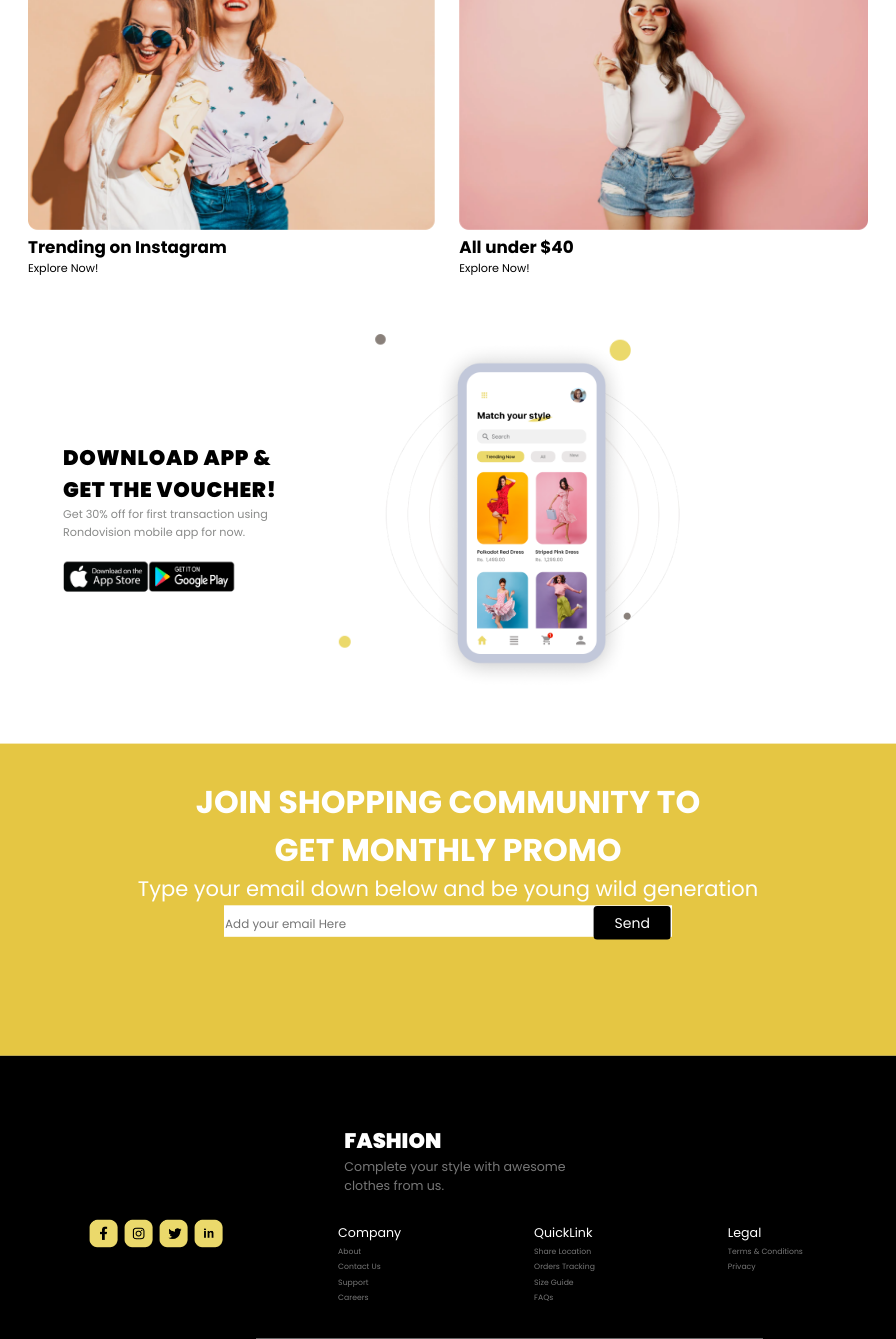
Repository: isaacCodes1/FashionWebsite
Page: index.html
These files come from the project's save history. The page is drawn as it stood at one moment and after a run of saves; the edit follows.
The browser window is 1280 px wide. The pictures show the part of the page from y = 2505 to 4425 px (the page is 4418 px tall before and 4425 px after), at 70% of full size.

Above is the page before, as saved 2024-03-14 10:46:02.

### index.html
<!DOCTYPE html>
<html lang="en">
  <head>
    <meta charset="UTF-8" />
    <meta name="viewport" content="width=device-width, initial-scale=1.0" />
    <title>Shopping Site Assignment</title>
    <link rel="stylesheet" href="style.css" />
  </head>
  <body>
    <header>
      <nav>
        <!--------- NavItems ------->
        <div class="image">
          <a href="#"><img src="/Assets/Vector (3).png" />FASHION</a>
        </div>
        <div class="navItems">
          <ul>
            <li><a href="#">CATALOGUE</a></li>
            <li><a href="#">FASHION</a></li>
            <li><a href="#">FAVORITE</a></li>
            <li><a href="#">LIFESTYLE</a></li>
          </ul>
          <button>SIGN UP</button>
        </div>
      </nav>
    </header>
    <main>
      <!------- FirstPage ------>
      <section class="firstPageCont">
        <div class="FirstPage">
          <div class="txtCont">
            <h1>
              <span class="spn1">LET'S <br /></span>EXPLORE <br />
              <span class="spn2">UNIQUE <br /></span>CLOTHES.
            </h1>
            <p>Live for Influential and Innovative fashion!</p>
            <div class="txtBtn">
              <img src="/Assets/Vector 9.png" alt="" />
              <button class="btns">Shop Now</button>
            </div>
          </div>
          <div class="imgCont">
            <div class="star1"><img src="/Assets/Star 11.png" alt="" /></div>
            <div class="star2"><img src="/Assets/Star 11.png" alt="" /></div>
            <div class="star3"><img src="/Assets/Star 11.png" alt="" /></div>
            <div class="star4"><img src="/Assets/Star 11.png" alt="" /></div>
            <img src="/Assets/girl.png" alt="" />
          </div>
        </div>
      </section>
      <!------ Logos ------->
      <section class="firstPageFooter">
        <div class="logoCont">
          <img src="/Assets/HM.png" alt="" />
          <img src="/Assets/Obey.png" alt="" />
          <img src="/Assets/Shopify.png" alt="" />
          <img src="/Assets/Lacoste.png" alt="" />
          <img src="/Assets/Levis.png" alt="" />
          <img src="/Assets/Amazon.png" alt="" />
        </div>
      </section>
      <section class="nextPageCont">
        <div class="nextPageText">
          <h1>NEW ARRIVALS</h1>
          <img src="/Assets/Vector 9.png" alt="" />
        </div>
        <div class="prettyImages">
          <div class="Images">
            <div class="prettyImg">
              <img src="/Assets/image1.png" alt="" />
            </div>
            <div class="prettyText">
              <div class="txtIcon">
                <h1>Hoodies & Sweatshirt</h1>
                <p>Explore Now!</p>
              </div>
              <div class="icons"></div>
            </div>
          </div>
          <div class="Images">
            <div class="prettyImg">
              <img src="/Assets/image2.png" alt="" />
            </div>
            <div class="prettyText">
              <div class="txtIcon">
                <h1>Coats & Parkas</h1>
                <p>Explore Now!</p>
              </div>
              <div class="icons"></div>
            </div>
          </div>
          <div class="Images">
            <div class="prettyImg">
              <img src="/Assets/image3.png" alt="" />
            </div>
            <div class="prettyText">
              <div class="txtIcon">
                <h1>Tees & T-Shirt</h1>
                <p>Explore Now!</p>
              </div>
              <div class="icons"></div>
            </div>
          </div>
        </div>
      </section>
      <section class="payDay">
        <div class="genDiv">
          <div class="yellowImg">
            <img src="/Assets/image 12.png" alt="" />
          </div>
          <div class="yellowTxt">
            <h1><span class="spn3">PAYDAY</span>SALE NOW</h1>
            <p>
              Spend minimal $100 get 30% off <br />voucher code for your next
              purchase
            </p>
            <p><strong>1 June -10 June 2021</strong></p>
            <p class="para">*Terms &Conditions apply</p>
            <button class="btn">SHOP NOW</button>
          </div>
        </div>
      </section>
      <!--------   Images   ------->
      <section class="nextPageCont">
        <div class="nextPageText">
          <h1>Young's Favorite.</h1>
          <img class="vector" src="/Assets/Vector 9.png" alt="" />
        </div>
        <div class="prettyImages">
          <div class="Images">
            <div class="prettyImg">
              <img src="/Assets/Girls.png" alt="" />
            </div>
            <div class="prettyText">
              <div class="txtIcon">
                <h1>Trending on Instagram</h1>
                <p>Explore Now!</p>
              </div>
              <div class="icons"></div>
            </div>
          </div>

          <div class="Images">
            <div class="prettyImg">
              <img src="/Assets/Rectangle 49.png" alt="" />
            </div>
            <div class="prettyText">
              <div class="txtIcon">
                <h1>All under $40</h1>
                <p>Explore Now!</p>
              </div>
              <div class="icons"></div>
            </div>
          </div>
        </div>
      </section>
      <!---- Apps----->
      <section class="nextPageCont2">
        <div class="nextPageText2">
          <h1>DOWNLOAD APP & <br />GET THE VOUCHER!</h1>
          <p>
            Get 30% off for first transaction using <br />Rondovision mobile app
            for now.
          </p>
          <div class="store">
            <img src="/Assets/Apple Store.png" alt="" />
            <img src="/Assets/Google Play.png" alt="" />
          </div>
        </div>
        <div class="Images2">
          <div class="prettyImg2">
            <img src="/Assets/Mobile app.png" alt="" />
            <div class="circle1"><img src="/Assets/circle.png" alt="" /></div>
            <div class="circley"><img src="/Assets/circle y.png" alt="" /></div>
            <div class="circleye">
              <img src="/Assets/circle y.png" alt="" />
            </div>
            <div class="circle2"><img src="/Assets/circle.png" alt="" /></div>
            <div class="bigC"><img src="/Assets/back1.png" alt="" /></div>
            <div class="largeC">
              <img src="/Assets/lagrescircle.png" alt="" />
            </div>
            <div class="largeC1">
              <img src="/Assets/lagrescircle.png" alt="" />
            </div>
          </div>
        </div>
        <div class="icons"></div>
      </section>
      <!------ Footer ------>
      <section class="footer">
        <div class="footerDiv">
          <div class="h1footer">
            <h1>
              JOIN SHOPPING COMMUNITY TO <br />
              GET MONTHLY PROMO
            </h1>
          </div>
          <div class="pFooter">
            <p>Type your email down below and be young wild generation</p>
            <div class="input">
              <input
                class="input"
                type="text"
                placeholder="Add your email Here"
              />
              <!-- <input class="inputbtn" type="button" value="SEND" /> -->
              <a href="#">Send</a>
            </div>
          </div>
        </div>
      </section>
      <section class="foot">
        <div class="footDiv">
          <div class="footTxt">
            <h1>FASHION</h1>
            <p>
              Complete your style with awesome <br />
              clothes from us.
            </p>
          </div>

          <div class="socialIcons">
            <div class="icon">
              <img src="/Assets/Facebook.png" alt="" />
            </div>
            <div class="icon">
              <img src="/Assets/Instagram.png" alt="" />
            </div>
            <div class="icon">
              <img src="/Assets/Twitter.png" alt="" />
            </div>
            <div class="icon">
              <img src="/Assets/Linkedn.png" alt="" />
            </div>
            <div class="links">
              <div class="links1">Company</div>
              <div class="links2">About</div>
              <div class="links2">Contact Us</div>
              <div class="links2">Support</div>
              <div class="links2">Careers</div>
            </div>
            <div class="links">
              <div class="links1">QuickLink</div>
              <div class="links2">Share Location</div>
              <div class="links2">Orders Tracking</div>
              <div class="links2">Size Guide</div>
              <div class="links2">FAQs</div>
            </div>
            <div class="links">
              <div class="links1">Legal</div>
              <div class="links2">Terms & Conditions</div>
              <div class="links2">Privacy</div>
            </div>
          </div>
        </div>
      </section>
    </main>
  </body>
</html>

### style.css
@import url("https://fonts.googleapis.com/css2?family=Poppins:ital,wght@0,100;0,200;0,300;0,400;0,500;0,600;0,700;0,800;0,900;1,100;1,200;1,300;1,400;1,500;1,600;1,700;1,800;1,900&display=swap");
* {
  margin: 0;
  padding: 0;
  box-sizing: border-box;
  font-family: "Poppins", sans-serif;
}
nav {
  display: flex;
  align-items: center;
  justify-content: space-between;
  width: 100%;
  padding: 20px 40px;
}
.image a {
  display: flex;
  align-items: center;
  gap: 6px;
  text-decoration: none;
  color: #000;
  font-size: 16px;
  font-weight: 900;
}
.image a img {
  width: 16%;
}
.navItems {
  display: flex;
  gap: 30px;
  align-items: center;
}
.navItems ul {
  display: flex;
  gap: 30px;
  list-style: none;
}
.navItems ul li a {
  text-decoration: none;
  color: #000;
  font-size: 16px;
  font-weight: 500;
}
.navItems ul li:hover {
  transform: scale(1.05);
  transition: 1s ease-in-out;
}
.navItems button {
  border: 0;
  background: #000;
  padding: 10px 20px;
  color: #fff;
  border-radius: 5px;
  font-size: 13px;
}
.navItems button:hover {
  transform: scale(1.05);
  transition: 1s ease-in-out;
  color: #000;
  background: rgb(137, 136, 136);
}
/* firstPageCtn */
.firstPageCont {
  padding: 20px 40px;
}
.FirstPage {
  display: flex;
  flex: 1;
  width: 100%;
  height: 90vh;
  padding: 40px 10px 0px 10px;
  border-radius: 30px;
  background: #f4f6f5;
}
.txtCont {
  display: flex;
  flex: 0.5;
  flex-direction: column;
  gap: 10px;
  padding-left: 40px;
}

.txtCont h1 {
  font-size: 64px;
  font-weight: 900;
  width: 50%;
  line-height: 75px;
}

.txtCont p {
  font-size: 20px;
}
.txtBtn {
  display: flex;
  align-items: center;
  width: 80%;
  margin-top: 10px;
  gap: 10px;
}
.btns {
  border: 0;
  background: #000;
  padding: 10px 20px;
  color: #fff;
  border-radius: 5px;
  font-size: 13px;
}
.btns:hover {
  transform: scale(1.05);
  transition: 1s ease-in-out;
  color: #000;
  background: rgb(137, 136, 136);
}
.txtBtn img {
  width: 100px;
}
.imgCont {
  flex: 0.5;
  display: flex;
  position: relative;
}
.star1 {
  position: absolute;
  top: 5px;
  left: 10px;
}
.star1 img {
  width: 30px;
}
.star2 {
  position: absolute;
  top: 20px;
  left: 450px;
}
.star2 img {
  width: 30px;
}
.star3 {
  position: absolute;
  bottom: 10px;
  left: 70px;
}
.star3 img {
  width: 30px;
}
.star4 {
  position: absolute;
  bottom: 20px;
  left: 400px;
}
.star4 img {
  width: 30px;
}
.spn1 {
  display: flex;
  align-items: center;
  background-image: url(/Assets/rectangle1.png);
  background-size: cover;
  background-repeat: no-repeat;
  width: 100%;
  padding-left: 20px;
}
.spn2 {
  background-image: url(/Assets/Rectangle2.png);
  background-size: cover;
  background-repeat: no-repeat;
  padding-right: 50px;
  padding-left: 20px;
}
/* next Page */
.firstPageFooter {
  background: #ebd96b;
  padding: 20px 30px;
  display: flex;
  align-items: center;
  justify-content: center;
}
.logoCont {
  display: flex;
  justify-content: center;
  gap: 50px;
}
.logoCont img {
  width: 7%;
}
.nextPageCont {
  margin-top: 20px;
  padding: 20px 40px;
  display: flex;
  flex-direction: column;
  gap: 55px;
  margin-bottom: 50px;
}
.nextPageText {
  position: relative;
}
.nextPageText h1 {
  font-size: 38px;
  letter-spacing: 1px;
  font-weight: 900;
}
.nextPageText img {
  position: absolute;
  bottom: 5px;
  left: 200px;
  width: 10%;
  z-index: -1;
}
.prettyImages {
  display: flex;
  gap: 35px;
}

.prettyImg img {
  width: 100%;
}
.payDay {
  background: linear-gradient(
    1.32deg,
    #e0c340 0.13%,
    #dfc23e 3.97%,
    #e1c441 7.2%,
    #e3c743 10.13%,
    #e4c542 12.98%,
    #e6c744 15.99%,
    #e7c845 19.52%,
    #e5c643 23.96%,
    #e6c945 30.43%,
    #e3c743 36.49%,
    #e9ca48 42.49%,
    #edce49 49.35%,
    #f0d44c 55.42%,
    #f4d84f 61.43%,
    #f6da52 65.74%,
    #f7db53 72.23%,
    #f9dd55 77.43%,
    #f9df56 83.84%,
    #fae157 91.52%,
    #f9df56 97.87%
  );
}
.yellowTxt {
  flex-direction: column;
  margin-bottom: 10px;
}
.yellowTxt h1 {
  font-size: 65px;
  font-weight: 900;
}
.yellowTxt p {
  font-size: 22px;
  font-weight: 500;
}

.yellowImg img {
  flex: 0.5;
  display: flex;
  width: 600px;
  position: relative;
}

.genDiv {
  display: flex;
  align-items: center;
}
.btn {
  border: 0;
  background: #000;
  padding: 15px 25px;
  color: #fff;
  border-radius: 5px;
  font-size: 18px;
  font-weight: 500;
}
.btn:hover {
  transform: scale(1.05);
  transition: 1s ease-in-out;
  color: #000;
  background: rgb(137, 136, 136);
}
.spn3 {
  display: flex;
  background-image: url(/Assets/rectangle1.png);
  background-size: cover;
  background-repeat: no-repeat;
  width: 300px;
}
.nxtSect {
  margin-top: 20px;
  padding: 20px 40px;
  display: flex;
  flex-direction: column;
  gap: 50px;
  margin-bottom: 50px;
}
.nxtSectText {
  position: relative;
}
.nxtSectText h1 {
  font-size: 38px;
  letter-spacing: 1px;
  font-weight: 900;
}
.nxtSectText img {
  position: absolute;
  bottom: 6px;
  left: 250px;
  width: 10%;
  z-index: -1;
}
.assetText {
  display: flex;
  flex-direction: column;
}

/* storeSection */
.nextPageCont1 {
  margin-top: 20px;
  padding: 20px 40px;
  display: flex;
  flex-direction: column;
  gap: 50px;
  margin-bottom: 50px;
}
.nextPageText1 {
  position: relative;
  margin-left: 70px;
}
.nextPageText1 h1 {
  font-size: 38px;
  letter-spacing: 1px;
  font-weight: 900;
}
.prettyImages1 {
  display: flex;
  gap: 35px;
}
.prettyImg1 img {
  width: 40%;
  cursor: pointer;
}
.Images2 {
  display: flex;
}
.prettyImg2 {
  position: relative;
}
.prettyImg2 img {
  width: 70;
  height: 500px;
  margin-left: 70px;
}
.nextPageCont2 {
  margin-top: 20px;
  padding: 20px 40px;
  display: flex;
  gap: 50px;
  margin-bottom: 50px;
  align-items: center;
}
.nextPageText2 {
  display: flex;
  flex-direction: column;
  margin-left: 50px;
}
.nextPageText2 p {
  margin-bottom: 30px;
  color: #898a89;
}
.nextPageText2 h1 {
  font-size: 30px;
  letter-spacing: 1px;
  font-weight: 900;
}
.nextPageText2 img {
  width: 30%;
  cursor: pointer;
  display: flex;
}
.store {
  display: flex;
}
.circle1 {
  position: absolute;
  right: 350px;
  bottom: 500px;
}
.circle1 img {
  width: 15px;
  height: 15px;
  display: flex;
}
.circley {
  position: absolute;
  right: 0;
  bottom: 470px;
}
.circley img {
  width: 30px;
  height: 30px;
}
.circleye {
  position: absolute;
  right: 400px;
  bottom: 60px;
}
.circleye img {
  width: 17px;
  height: 17px;
}
.circle2 {
  position: absolute;
  right: 0;
  bottom: 100px;
}
.circle2 img {
  width: 10px;
  height: 10px;
}
.elipses {
  position: absolute;
}
.bigC {
  position: absolute;
  right: -12px;
  bottom: 100px;
  z-index: -1;
}
.bigC img {
  width: 300px;
  height: 300px;
  background: transparent;
}

.largeC {
  position: absolute;
  right: -41px;
  bottom: 70px;
  z-index: -1;
}
.largeC img {
  width: 360px;
  height: 360px;
  /* background: transparent; */
}
.largeC1 {
  position: absolute;
  right: -70px;
  bottom: 50px;
  z-index: -1;
}
.largeC1 img {
  width: 420px;
  height: 400px;
}
.footerDiv {
  background: #e5c643;
  padding-bottom: 170px;
}
.h1footer {
  color: #fff;
  text-align: center;
  padding-top: 50px;
  font-size: 30px;
  font-weight: 1000;
}
.pFooter {
  display: flex;
  flex-direction: column;
  justify-content: center;
  align-items: center;
  text-align: center;
  color: #fff;
  font-size: 30px;
}
/* .input {
  border: 1px;
  padding: 13px 170px 13px 9px;
  border-radius: 4px;
  outline: none;
  position: relative;
  margin-bottom: 3px;
}
.inputbtn {
  background: #000;
  color: #fff;
} */
.input {
  background: #fff;
  width: 50%;
  padding: 0 !important;
}
.input input {
  background: none;
  border: 0;
  padding: 13px 0px 13px 0px;
  width: 81%;
  font-size: 17px;
  outline: 0;
}
.input a {
  font-size: 20px;
  text-decoration: 0;
  color: #fff;
  background: #000;
  padding: 10px 30px;
  width: 19%;
  border-radius: 5px;
}
.footDiv {
  background: #000;
  padding-right: 50px;
  padding-left: 70px;
  place-items: center;
}
.footTxt h1 {
  padding-top: 100px;
}
.footTxt p {
  padding-bottom: 40px;
}
.footTxt h1 {
  color: #fff;
  font-size: 30px;
  font-weight: 900;
}
.footTxt p {
  color: #777;
  font-size: 18px;
}
.socialIcons {
  display: flex;
  gap: 20px;
}

.icon {
  background: #ebd96b;
  width: 30px;
  display: flex;
  align-items: center;
  justify-content: center;
  height: 30px;
  border-radius: 8px;
}
.icon img {
  display: flex;
  align-items: center;
  width: 40px;
  place-items: center;
}
.links {
  margin-left: 150px;
  padding-right: 20px;
  margin-bottom: 50px;
}
.links1 {
  display: flex;
  flex-direction: column;
  color: #fff;
  font-size: 18px;
  margin-top: 0px;
}
.links2 {
  color: #777;
  font-size: 11px;
  padding-top: 5px;
}

After the next 4 saves:
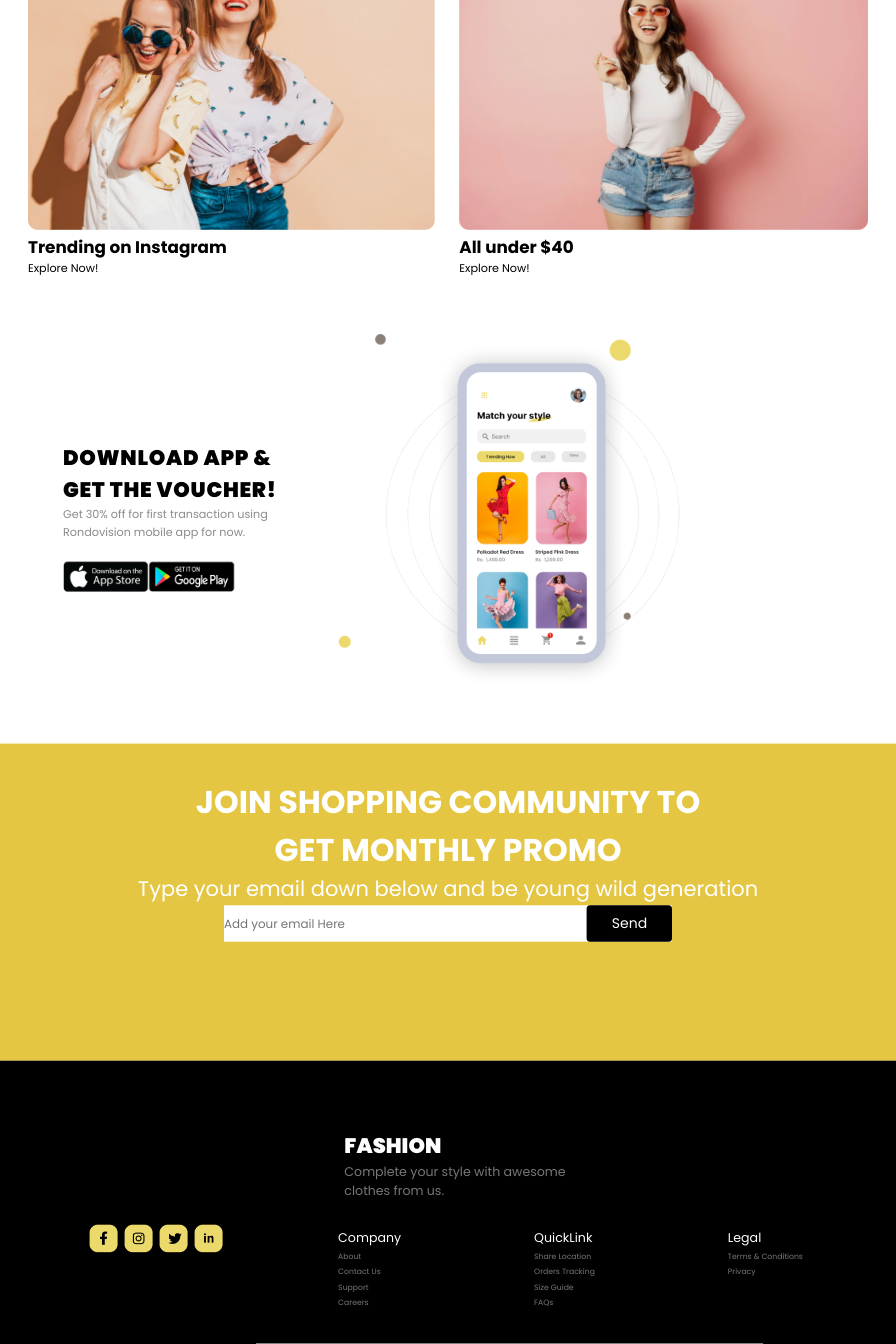
The 4 saves are shown as one change because they came seconds apart.
The last was saved 19 s later.
--- a/style.css
+++ b/style.css
@@ -487,7 +487,8 @@
 .input {
   background: #fff;
   width: 50%;
-  padding: 0 !important;
+  display: flex;
+  justify-content: space-between;
 }
 .input input {
   background: none;
